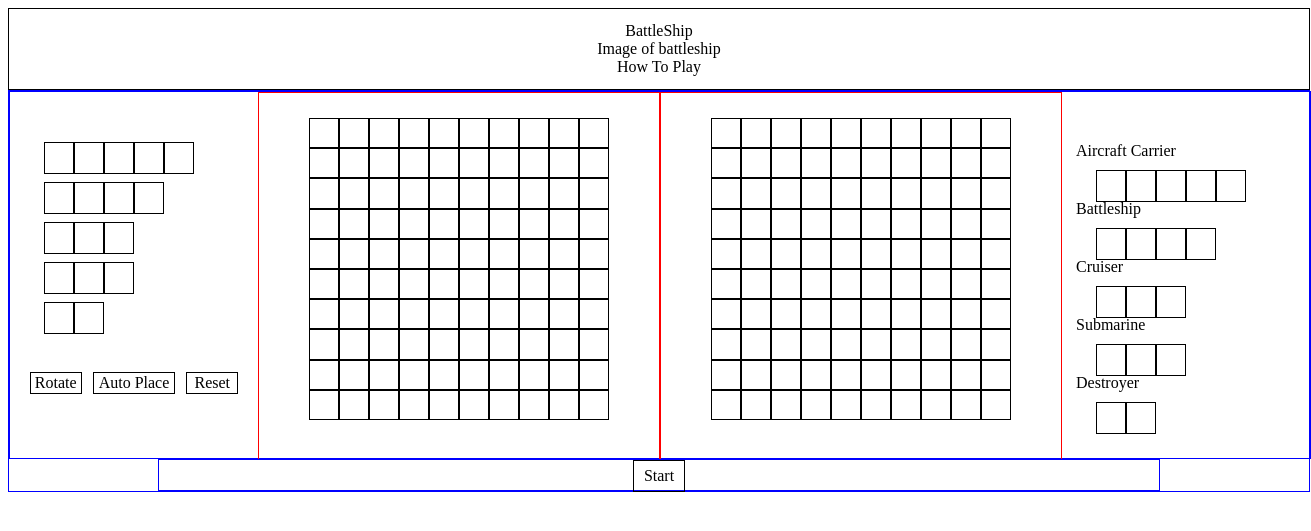
Repository: J-Haze/BattleshipApp
Page: /
The author's editor kept a copy of each file at every save. The page is drawn from the files as they stood at one save, then again after the next save.
The browser window is 1280 px wide. The page is 1311 px wide, so the pictures cover 1311 px, including what lies to the right of the window. The pictures show the whole page.
The project was rebuilt for these pictures with package versions that can differ from the ones it lists, and the page was loaded fresh each time. Also part of the build but not shown: src/index.css, src/Components/ModalEnd.js.

Above is the page before, as saved 2020-09-26 14:24:14.

### src/App.js
import React from "react";
import "./App.css";
import Game from "./Components/Game";
import Header from "./Components/Header"
// import { ProgressPlugin } from "webpack";

//test

function App() {
  return (
    <div className="App">
      <Header />
      <Game />
    </div>
  );
}

export default App;

### src/App.css
/* test */
:root{
    --black: #1B262C;
}


header {
    border: 1px solid black;

    display: flex;
    flex-direction: column;
    justify-content: center;
    align-items: center;
    margin-left: auto;
    margin-right: auto;
    width: 1300px;
    height: 80px;

}

/* div {
    border: 1px solid black;
} */

#how-to:hover{
    cursor: pointer;
}

#game{
    width: 1300px;
    height: 400px;
    display: flex;
    flex-direction: column;
    border: 1px solid blue;
    margin-left: auto;
    margin-right: auto;
}

.column{
    width: 400px;
    height: 100%;
    border: 1px solid red;
}

.board{
    height: 300px;
    width: 300px;
    margin-left: auto;
    margin-right: auto;
    margin-top: 25px;

    display: grid;
    grid-template-columns: repeat(1, 1fr);
    grid-template-rows: repeat(10, 1fr);
    gap: 2px;
}

.row{
    display: flex;
    /* height: 30px; */
    height: 1fr;
    width: 1fr;
}

.square{
    /* height: 100%;
    width: 10%; */
    display: flex;
    height: 100%;
    width: 10%;
    border: 1px solid black;
}

.ship{
    background-color:gray;
    height: 100%;
    width: 100%;
}

.hit{
    background-color:red;
    height: 100%;
    width: 100%;
}

.miss{
    background-color:lightblue;
    height: 100%;
    width: 100%;
}

.sunk{
    background-color:black;
    height: 100%;
    width: 100%;
}

.empty{
    /* background-color: yellow; */
    height: 100%;
    width: 100%;
}

.clickable:hover{
    background-color: rgb(205, 205, 205);
    cursor: pointer;
}

#top-row{
    display: flex;
    width: 1300px;
    height: 400px;
    border: 1px solid blue;
    margin-left: auto;
    margin-right: auto;
}

#bottom-row{
    display: flex;
    width: 1000px;
    height: 30px;
    border: 1px solid blue;
    margin-left: auto;
    margin-right: auto;
}

#start-button{
    margin-left: auto;
    margin-right: auto;
}

.fleet-square{
    width: 30px;
    height: 30px;
    border: 1px solid black;
}

.fleet-horizontal{
    height: 220px;
    width: 220px;
    margin-top: 50px;
    margin-left: auto;
    margin-right: auto;
}

.ship-harbor-horizontal{
    display: flex;
    height: 30px;
    margin-top: 10px;
    margin-left: 20px;
    border: none;
}

.carrier-horizontal{
    width: 150px;
}

.battleship-horizontal{
    width: 120px;
}

.cruiser-horizontal{
    width: 90px;
}

.submarine-horizontal{
    width: 90px;
}

.destroyer-horizontal{
    width: 60px;
}

.fleet-vertical{
    display: flex;
    height: 220px;
    width: 220px;
    margin-top: 50px;
    margin-left: auto;
    margin-right: auto;
}

.ship-harbor-vertical{
    display: flex;
    flex-direction: column;
    width: 30px;
    margin-left: 10px;
    margin-top: 50px;
    border: none;
}

.carrier-vertical{
    height: 150px;
}

.battleship-vertical{
    height: 120px;
}

.cruiser-vertical{
    height: 90px;
}

.submarine-vertical{
    height: 90px;
}

.destroyer-vertical{
    height: 60px;
}

.toggle{
    background-color: gray;
}

.boat-placed{
    background-color: black;
    width: 30px;
    height: 30px;
    border: 1px solid black;
}

#setup{
    margin-left: auto;
    margin-right: auto;
}

#setup-buttons{
    display: flex;
    margin-top: 10px;
}

.btn{
    height: 20px;
    display: flex;
    justify-content: center;
    align-items: center;
    margin-left: auto;
    margin-right: auto;
    border: 1px solid black;
}

.btn:hover{
    cursor: pointer;
}

#rotate{
    width: 50px;
}

#auto-place{
    width: 80px;
}

#reset{
    width: 50px;
}

#start-button{
    border: 1px solid black;
    display: flex;
    justify-content: center;
    align-items: center;
    width: 50px;
    height: 30px;
}

#start-button:hover{
    cursor: pointer;
}

#newGame{
    border: 1px solid black;
    display: flex;
    justify-content: center;
    align-items: center;
    margin-left: auto;
    margin-right: auto;
    width: 80px;
    height: 30px;
}

#newGame:hover{
    cursor: pointer;
}


/* End of Game Modal */

.modal{
    display: block;
    position: fixed;
    z-index: 1;
    left: 0;
    top: 0;
    width: 100vw;
    min-width: 1300px;
    height: 100vh;
    /* overflow: auto; */
    background-color: rgb(0,0,0);
    background-color: rgba(0,0,0,0.4);
  }

  .modal-content{
    display: flex;
    flex-direction: column;
    background-color: #fefefe;
    margin-left: auto;
    margin-right: auto;
    margin-top: 1vh;
    padding: 20px;
    padding-top: 0px;
    border: 1px solid #888;
    width: 600px;
    justify-content: center;
    align-items: center;
  }

  .close{
    color: #aaa;
    float: right;
    margin-left: 100%;
    font-size: 28px;
    height: 10px;
    font-weight: bold;
    /* border: 1px solid black; */
  }

  .close:hover, .close:focus {
    color: black;
    text-decoration: none;
    cursor: pointer;
  }

  .message{
      font-size: 3em;
      /* border: 1px solid black; */
      margin-bottom: 5px;
  }

.image{
    width: 500px;
    margin-left: auto;
    margin-right: auto;
    margin-bottom: 20px;
}

### src/Components/Header.js
import React from "react"
// import shipFactory from "../factories/ship"
// import gameboardFactory from "../factories/gameboard"
// import player from "../factories/player"


function Header() {
    return (
        <header>
            <div>BattleShip</div>
            <div> Image of battleship </div>
            <div id="how-to"> How To Play </div>
        </header>
    )
}


export default Header;

### src/factories/ship.js

const shipFactory = (shipLength) => {
    const shipNames = {
        1: 'Submarine',
        2: 'Destroyer',
        3: 'Cruiser',
        4: 'Battleship',
        5: 'Carrier',
    };

    const name = shipNames[shipLength];

    if (shipLength == 1) {
        shipLength = 3;
    }


    let ship = [];
    for (let i = 0; i < shipLength; i++) {
        ship.push([false, i, name])
    }

    let hit = (hitLocation) => {
        ship[hitLocation] = [true, hitLocation, name];
        console.log("Hit!", ship)
        console.log(`You've hit my ${name}`)
        // console.log("hits length", hit.length)
        // console.log("ship.length", ship.length)
        return ship
    }

    let isSunk = () => {
        let sunkStatus = false
        ship[0][0] == true ? sunkStatus = true : sunkStatus = false
        for (let square in ship) {
            // console.log("ship:", ship)
            // console.log(ship[square])
            sunkStatus = (ship[square][0] && sunkStatus)
        }
        // let sunkStatus = ship[0].every(Boolean);
        return sunkStatus
    }

    return {
        //id,
        name,
        shipLength,
        ship,
        hit,
        isSunk
    }
}

// const destroyer = shipFactory(2)
// const cruiser = shipFactory(3)
// const battleship = shipFactory(4)
// const carrier = shipFactory(5)

export default shipFactory;

//export default {shipFactory, destroyer, cruiser, battleship, carrier}

//Comment out with not testing
// module.exports = shipFactory;

### src/factories/player.js
// import shipFactory from "./ship"
import gameboardFactory from "./gameboard"

const player = (playerName) => {
    // const submarine = shipFactory(1)
    // const destroyer = shipFactory(2)
    // const cruiser = shipFactory(3)
    // const battleship = shipFactory(4)
    // const carrier = shipFactory(5)
    const getBoard = gameboardFactory();
    const gameboard = getBoard;
    let attackCoord = 100;
    let index = 100;

    const squaresToGuess = [];

    for (let i = 0; i <= 99; i++) {
        squaresToGuess.push(i);
    }
    // console.log(squaresToGuess)

    //Randomly sends an attack
    const sendAttack = (coord) => {
        // if (playerName == "Computer") {
        // }
        // console.log("yes", playerName)
        if (playerName == "Player") {
            attackCoord = coord;
            index = squaresToGuess.indexOf(attackCoord);
            squaresToGuess.splice(index, 1);
        } else {
            // console.log("s2g", squaresToGuess.length - 1)
            attackCoord = Math.floor(Math.random() * (squaresToGuess.length - 1));
            index = squaresToGuess.indexOf(attackCoord);
            squaresToGuess.splice(index, 1);
            // console.log("index:", index)
        }

        // console.log({ attackCoord })
        // console.log("squares to guess:", squaresToGuess)
        return attackCoord
    }



    //send attack will take coordinates and "send an attack" to the OPPOSING board
    //Need to make sure it has an array of 0-99 and takes away the guessed numbers from that array.
    //random between 0 and array.length

    return {
        gameboard,
        squaresToGuess,
        sendAttack
    }
}








export default player;

### src/Components/Board.js
import React, { useState, useEffect } from "react"
// import shipFactory from "../factories/ship"
// import gameboardFactory from "../factories/gameboard"
// import player from "../factories/player"
// import Square from "./Square.js"
import Row from "./Row.js"
// import Player from "./Player.js"

function Board(props) {
    let { id, board, phase, boardID, handlePlaceShip, update } = props;

    const [rowState, setRows] = useState([]);

    // let rows = [];


    useEffect(() => {
        let rows = [];
        for (let i = 0; i < board.length; i += 10) {
            rows.push(board.slice(i, i + 10));
        }
        setRows(rows);
    }, [update]
    );



    return (
        <div id={id} className="board">
            {/* {squareItems} */}
            {rowState.map((row, i) => {
                return (
                    <Row
                        key={i}
                        roww={i}
                        rowObj={row}
                        phase={phase}
                        boardID={boardID}
                        handlePlaceShip={handlePlaceShip}
                    // position={[i, j]}
                    // position={square}
                    // key={square.}
                    // key={book.title}
                    // book={book}
                    // handleDelete={handleDelete}
                    // toggleRead={toggleRead}
                    // toggleReading={toggleReading}
                    // toggleNotRead={toggleNotRead}
                    />
                );
            })
            }
        </div>
    )
}

export default Board;

### src/Components/Row.js
import React, { useState, useEffect } from "react"
// import shipFactory from "../factories/ship"
// import gameboardFactory from "../factories/gameboard"
// import player from "../factories/player"
import Square from "./Square"

function Row(props) {
    let { roww, rowObj, handleClick, phase, boardID, handlePlaceShip, update } = props;


    useEffect(() => {
        rowObj = rowObj;
    },
        [update]
    );

    return (
        <div className="row">
            {rowObj.map((square, j) => {
                return (
                    <Square
                        key={j}
                        row={roww}
                        col={j}
                        squareObj={square}
                        handleClick={handleClick}
                        phase={phase}
                        boardID={boardID}
                        handlePlaceShip={handlePlaceShip}
                    />
                );
            })
            }
        </div>
    )
};
export default Row;

### src/Components/PlayerFleet.js
import React, { useState, useEffect } from "react"

function PlayerFleet(props) {

    let toggledCarrier = "";
    let toggledBattleship = "";
    let toggledCruiser = "";
    let toggledSubmarine = "";
    let toggledDestroyer = "";

    let carrierClass = "fleet-square";
    let battleshipClass = "fleet-square";
    let cruiserClass = "fleet-square";
    let submarineClass = "fleet-square";
    let destroyerClass = "fleet-square";

    let carrierClickable = "clickable";
    let battleshipClickable = "clickable";
    let cruiserClickable = "clickable";
    let submarineClickable = "clickable";
    let destroyerClickable = "clickable";

    // useEffect(() => {
    //     console.log("boatsPlaced:", props.boatsPlaced)
    // }, [props.boatsPlaced, props.update]
    // );

    if (props.placingShip == "carrier" || props.boatsPlaced.includes("carrier")) {
        toggledCarrier = " toggle";
    } else {
        toggledCarrier = "";
    };

    if (props.placingShip == "battleship" || props.boatsPlaced.includes("battleship")) {
        toggledBattleship = " toggle";
    } else {
        toggledBattleship = "";
    };

    if (props.placingShip == "cruiser" || props.boatsPlaced.includes("cruiser")) {
        toggledCruiser = " toggle";
    } else {
        toggledCruiser = "";
    };

    if (props.placingShip == "submarine" || props.boatsPlaced.includes("submarine")) {
        toggledSubmarine = " toggle";
    } else {
        toggledSubmarine = "";
    };

    if (props.placingShip == "destroyer" || props.boatsPlaced.includes("destroyer")) {
        toggledDestroyer = " toggle";
    } else {
        toggledDestroyer = "";
    };

    if (props.boatsPlaced.includes("carrier")) {
        carrierClickable = "";
    } else {
        carrierClickable = "clickable"
    }

    if (props.boatsPlaced.includes("battleship")) {
        battleshipClickable = "";
    } else {
        battleshipClickable = "clickable"
    }

    if (props.boatsPlaced.includes("cruiser")) {
        cruiserClickable = "";
    } else {
        cruiserClickable = "clickable"
    }

    if (props.boatsPlaced.includes("submarine")) {
        submarineClickable = "";
    } else {
        submarineClickable = "clickable"
    }

    if (props.boatsPlaced.includes("destroyer")) {
        destroyerClickable = "";
    } else {
        destroyerClickable = "clickable"
    }

    //fleet-square, toggled, placed
    let squareClass = "fleet-square";


    if (props.orient == "horizontal") {
        return (
            <div id={props.id} className="fleet-horizontal" >
                <div className={`carrier-horizontal ${carrierClickable} ship-harbor-horizontal${toggledCarrier}`} onClick={() => props.togglePlacement("carrier")}>
                    <div className={carrierClass}></div>
                    <div className={carrierClass}></div>
                    <div className={carrierClass}></div>
                    <div className={carrierClass}></div>
                    <div className={carrierClass}></div>
                </div>
                <div className={`battleship-horizontal ${battleshipClickable} ship-harbor-horizontal${toggledBattleship}`} onClick={() => props.togglePlacement("battleship")}>
                    <div className={battleshipClass}></div>
                    <div className={battleshipClass}></div>
                    <div className={battleshipClass}></div>
                    <div className={battleshipClass}></div>
                </div>
                <div className={`cruiser-horizontal ${cruiserClickable} ship-harbor-horizontal${toggledCruiser}`} onClick={() => props.togglePlacement("cruiser")}>
                    <div className={cruiserClass}></div>
                    <div className={cruiserClass}></div>
                    <div className={cruiserClass}></div>
                </div>
                <div className={`submarine-horizontal ${submarineClickable} ship-harbor-horizontal${toggledSubmarine}`} onClick={() => props.togglePlacement("submarine")}>
                    <div className={submarineClass}></div>
                    <div className={submarineClass}></div>
                    <div className={submarineClass}></div>
                </div>
                <div className={`destroyer-horizontal ${destroyerClickable} ship-harbor-horizontal${toggledDestroyer}`} onClick={() => props.togglePlacement("destroyer")}>
                    <div className={destroyerClass}></div>
                    <div className={destroyerClass}></div>
                </div>
            </div >
        )
    } else {
        return (
            <div id={props.id} className="fleet-vertical" >
                <div className={`carrier-vertical ${carrierClickable} ship-harbor-vertical${toggledCarrier}`} onClick={() => props.togglePlacement("carrier")} >
                    <div className={carrierClass}></div>
                    <div className={carrierClass}></div>
                    <div className={carrierClass}></div>
                    <div className={carrierClass}></div>
                    <div className={carrierClass}></div>
                </div>
                <div className={`battleship-vertical ${battleshipClickable} ship-harbor-vertical${toggledBattleship}`} onClick={() => props.togglePlacement("battleship")} >
                    <div className={battleshipClass}></div>
                    <div className={battleshipClass}></div>
                    <div className={battleshipClass}></div>
                    <div className={battleshipClass}></div>
                </div>
                <div className={`cruiser-vertical ${cruiserClickable} ship-harbor-vertical${toggledCruiser}`} onClick={() => props.togglePlacement("cruiser")} >
                    <div className={cruiserClass}></div>
                    <div className={cruiserClass}></div>
                    <div className={cruiserClass}></div>
                </div>
                <div className={`submarine-vertical ${submarineClickable} ship-harbor-vertical${toggledSubmarine}`} onClick={() => props.togglePlacement("submarine")} >
                    <div className={submarineClass}></div>
                    <div className={submarineClass}></div>
                    <div className={submarineClass}></div>
                </div>
                <div className={`destroyer-vertical ${destroyerClickable} ship-harbor-vertical${toggledDestroyer}`} onClick={() => props.togglePlacement("destroyer")} >
                    <div className={destroyerClass}></div>
                    <div className={destroyerClass}></div>
                </div>
            </div >
        )
    }


};

export default PlayerFleet;

### src/Components/Fleet.js
import React, { useState, useEffect } from "react"

function Fleet(props) {

    let sunkCarrier = "";
    let sunkBattleship = "";
    let sunkCruiser = "";
    let sunkSubmarine = "";
    let sunkDestroyer = "";

    if (props.boatsSunk.includes("Carrier")) {
        sunkCarrier = "sunk";
    } else {
        sunkCarrier = "";
    };

    if (props.boatsSunk.includes("Battleship")) {
        sunkBattleship = "sunk";
    } else {
        sunkBattleship = "";
    };

    if (props.boatsSunk.includes("Cruiser")) {
        sunkCruiser = "sunk";
    } else {
        sunkCruiser = "";
    };

    if (props.boatsSunk.includes("Submarine")) {
        sunkSubmarine = "sunk";
    } else {
        sunkSubmarine = "";
    };

    if (props.boatsSunk.includes("Destroyer")) {
        sunkDestroyer = "sunk";
    } else {
        sunkDestroyer = "";
    };

    return (
        <div id={props.id} className="fleet-horizontal" >
            <div className="ship-text">Aircraft Carrier</div>
            <div className={`carrier-horizontal ship-harbor-horizontal ${sunkCarrier}`} >
                <div className="fleet-square"></div>
                <div className="fleet-square"></div>
                <div className="fleet-square"></div>
                <div className="fleet-square"></div>
                <div className="fleet-square"></div>
            </div>
            <div className="ship-text"> Battleship </div>
            <div className={`battleship-horizontal ship-harbor-horizontal ${sunkBattleship}`} >
                <div className="fleet-square"></div>
                <div className="fleet-square"></div>
                <div className="fleet-square"></div>
                <div className="fleet-square"></div>
            </div>
            <div className="ship-text">Cruiser</div>
            <div className={`cruiser-horizontal ship-harbor-horizontal ${sunkCruiser}`} >
                <div className="fleet-square"></div>
                <div className="fleet-square"></div>
                <div className="fleet-square"></div>
            </div>
            <div className="ship-text">Submarine</div>
            <div className={`submarine-horizontal ship-harbor-horizontal ${sunkSubmarine}`} >
                <div className="fleet-square"></div>
                <div className="fleet-square"></div>
                <div className="fleet-square"></div>
            </div>
            <div className="ship-text">Destroyer</div>
            <div className={`destroyer-horizontal ship-harbor-horizontal ${sunkDestroyer}`} >
                <div className="fleet-square"></div>
                <div className="fleet-square"></div>
            </div>
        </div >
    )


};

export default Fleet;

### src/Components/Square.js
import React, { useState, useEffect } from "react"
// import shipFactory from "../factories/ship"
// import gameboardFactory from "../factories/gameboard"
// import player from "../factories/player"

function Square(props) {

    const id = (props.row * 10 + props.col)

    let attackClick = () => props.handleClick(id);
    let placementClick = () => props.handlePlaceShip(id);

    let placementMode = null;
    let playerAttack = null;

    if (props.phase == "setup") {
        placementMode = placementClick;
        playerAttack = null;
    } else if (props.phase == "playerTurn") {
        placementMode = null;
        playerAttack = attackClick;
    }

    let playerClickable = "";
    if (props.phase == "setup") {
        playerClickable = " clickable"
    } else {
        playerClickable = "";
    }

    let computerClickable = "";
    if (props.phase == "playerTurn") {
        computerClickable = "clickable"
    } else {
        computerClickable = "";
    }

    if (props.boardID == "player") {
        return (
            <div className="square">
                {(props.squareObj != null) ?
                    ((props.squareObj[0] == false) ?
                        (<div className="ship" key={id}></div>) :
                        (props.squareObj[0] == true) ?
                            (<div className="hit" key={id}>X</div>) :
                            (props.squareObj[0] == "sunk") ?
                                (<div className="sunk" key={id}>X</div>) :
                                (props.squareObj == "miss") ?
                                    (<div className="miss" key={id}>X</div>) :
                                    (<div>error</div>)) :
                    (<div className={`empty ${playerClickable}`} key={id} onClick={placementMode}></div>)
                }
            </div>
        )
    } else {
        return (
            <div className="square">
                {(props.squareObj != null) ?
                    ((props.squareObj[0] == false) ?
                        (<div className="ship" key={id} onClick={playerAttack}></div>) :
                        (props.squareObj[0] == true) ?
                            (<div className="hit" key={id}>X</div>) :
                            (props.squareObj[0] == "sunk") ?
                                (<div className="sunk" key={id}>X</div>) :
                                (props.squareObj == "miss") ?
                                    (<div className="miss" key={id}>X</div>) :
                                    (<div>error</div>)) :
                    (<div className={`empty ${computerClickable}`} key={id} onClick={playerAttack}></div>)
                }
            </div>
        )
    }


}

export default Square;

Loaded but not shown: public/index.html (common file); src/index.js (common file); src/serviceWorker.js (common file); src/Components/Game.js (305 lines, source omitted); src/factories/gameboard.js (222 lines, source omitted)

After the next save:
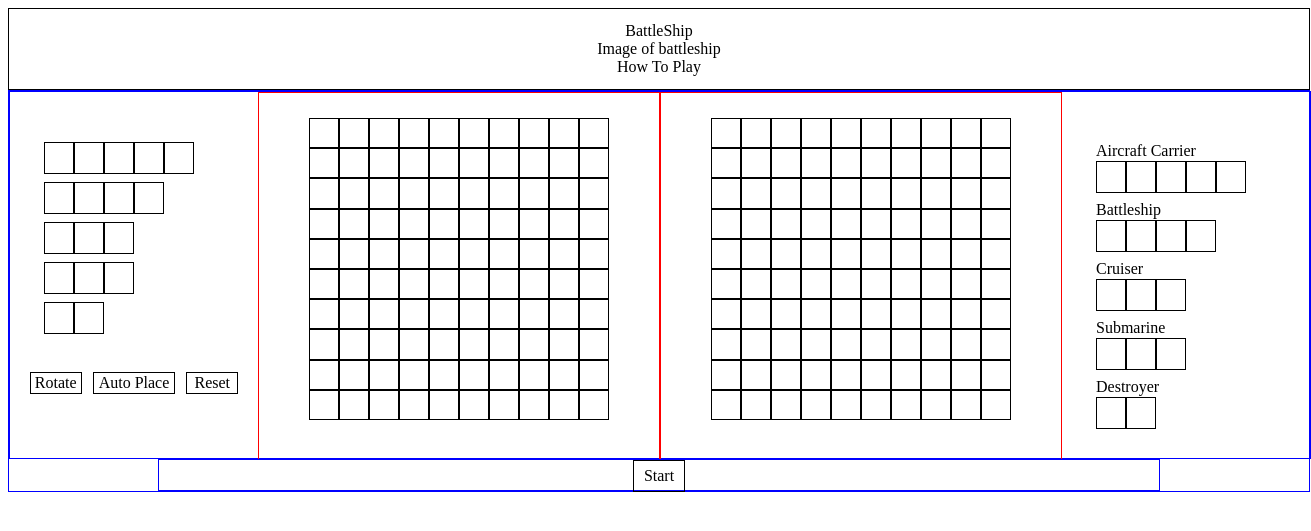
Saved 2 min 34 s later.
--- a/src/App.css
+++ b/src/App.css
@@ -135,6 +135,13 @@ header {
     border: 1px solid black;
 }
 
+.ship-text{
+    margin-left: 20px;
+    margin-right: auto;
+    margin-bottom: 1px;
+    /* border: 1px solid black; */
+}
+
 .fleet-horizontal{
     height: 220px;
     width: 220px;
@@ -146,7 +153,7 @@ header {
 .ship-harbor-horizontal{
     display: flex;
     height: 30px;
-    margin-top: 10px;
+    margin-bottom: 10px;
     margin-left: 20px;
     border: none;
 }
